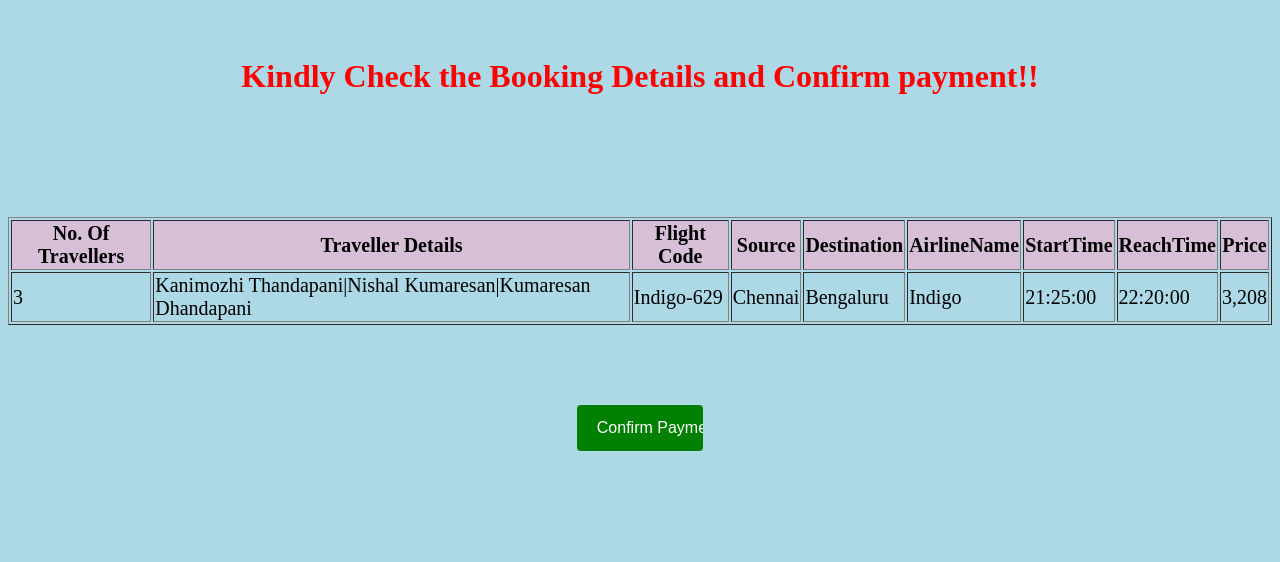
Repository: KanimozhiThandapani/Phase2AirlineBookingProject
Page: http://localhost/AirlineBooking/bookedFlights.jsp
An editor plug-in stored every save of this project. The page is shown before and after the next save, followed by the edit.
The browser window is 1280 px wide. The pictures show the whole page.
The page is served by Tomcat 9.

Above is the page before, as saved 2022-04-26 08:08:44.

After the next save:
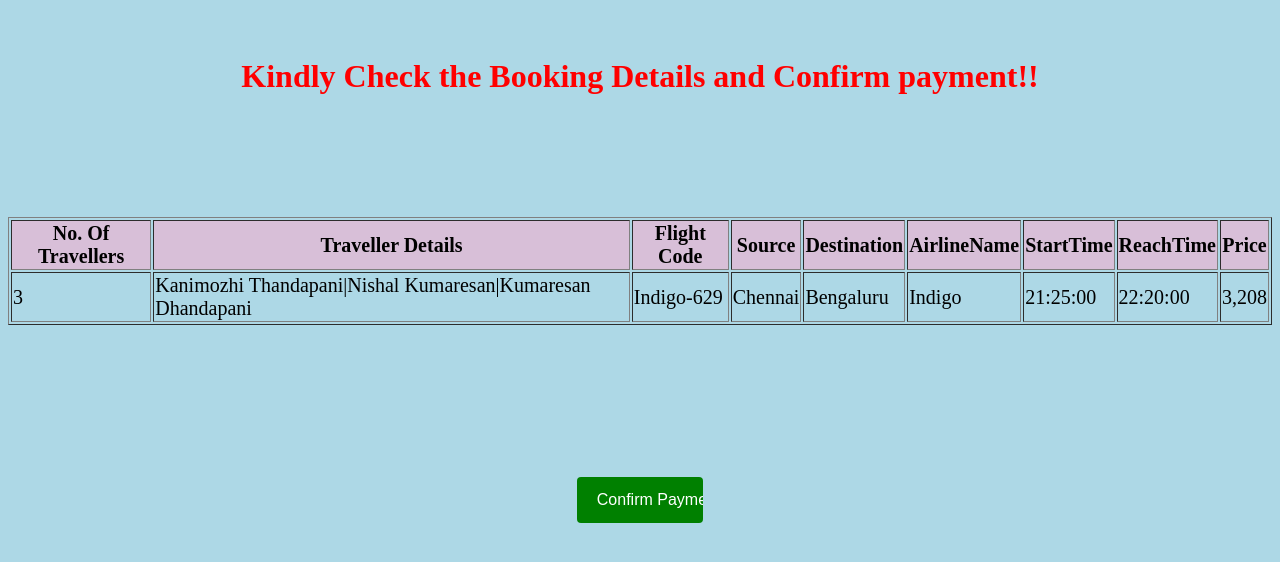
Saved 3 min 26 s later.
--- a/AirlineBooking/WebContent/bookedFlights.jsp
+++ b/AirlineBooking/WebContent/bookedFlights.jsp
@@ -67,7 +67,7 @@ th, td {
 	</tr>
 
 	</table>
-	                <br>  <br>  <br>  <br>
+	                <br>  <br>  <br>  <br> <br>  <br>  <br>  <br>
 					<input type="submit" value="Confirm Payment">
 
 
